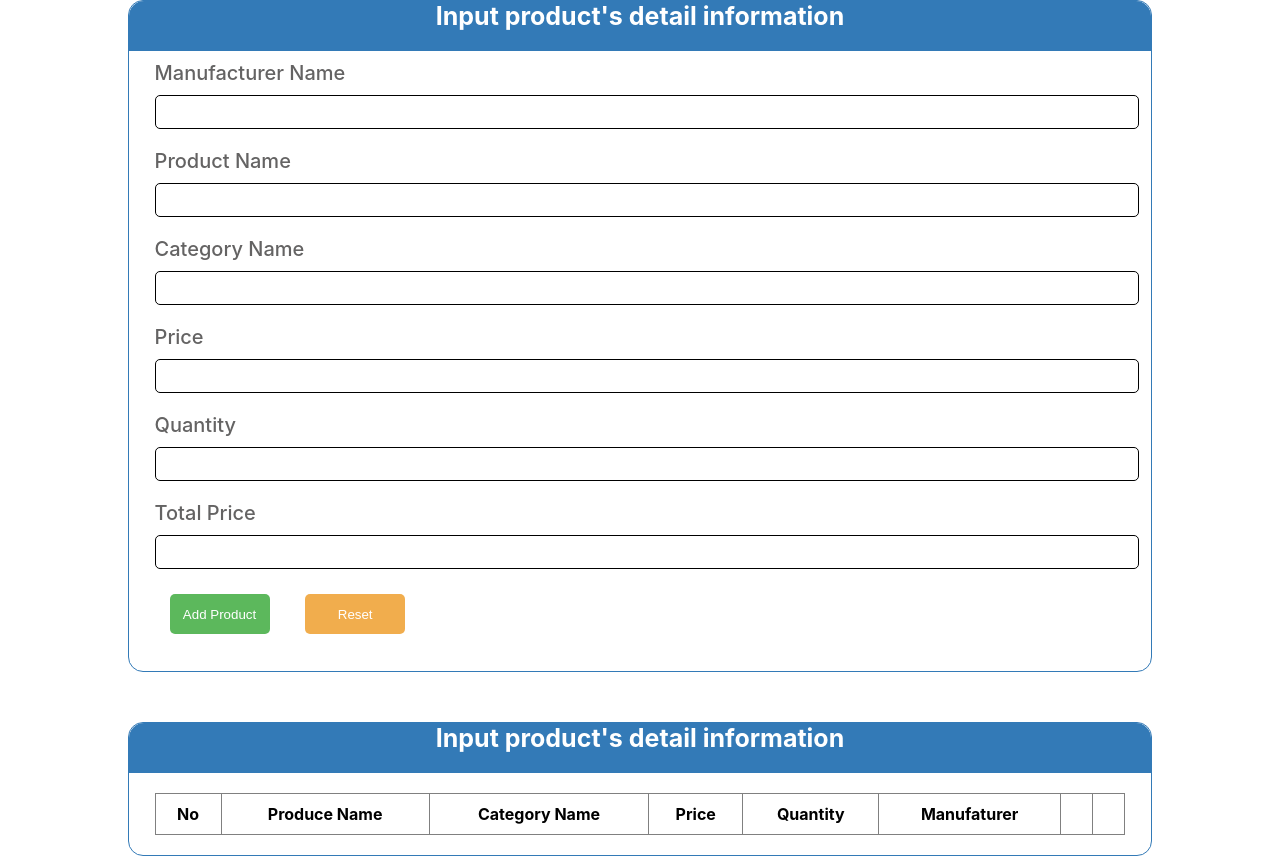
Repository: AnhDuc0125/HTML-Aptech
Page: bt2019/index.html
An editor plug-in stored every save of this project. The page is shown before and after the next save, followed by the edit.
The browser window is 1280 px wide. The pictures show the whole page.

Above is the page before, as saved 2021-11-29 21:25:58.

After the next save:
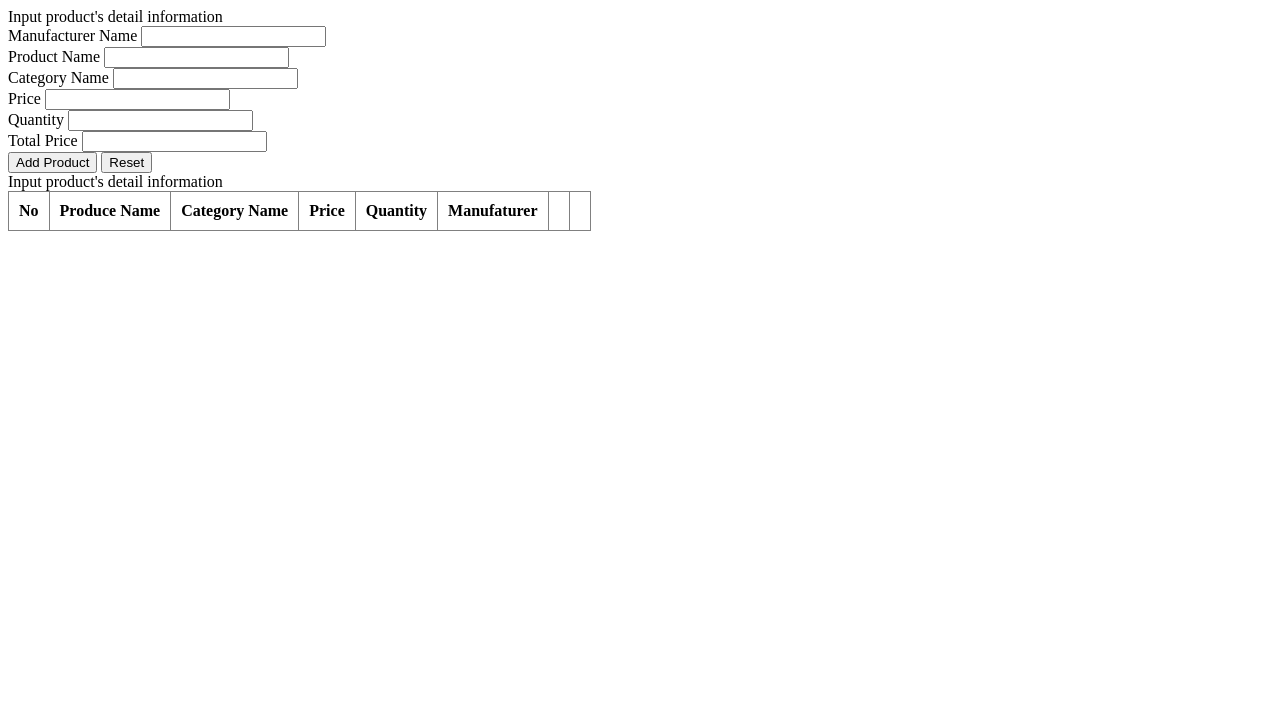
Saved 36 s later.
--- a/bt2019/index.html
+++ b/bt2019/index.html
@@ -4,7 +4,7 @@
     <meta charset="UTF-8">
     <meta http-equiv="X-UA-Compatible" content="IE=edge">
     <meta name="viewport" content="width=device-width, initial-scale=1.0">
-    <link rel="stylesheet" href="style.css">
+    <!-- <link rel="stylesheet" href="style.css"> -->
     <script src="main.js"></script>
     <title>Management Product</title>
 </head>
@@ -46,7 +46,7 @@
                     <label for="total-price">Total Price</label>
                     <input type="text" id="total-price">
                 </div>
-               <button  class="add-btn btn" onclick="clickToSave()">Add Product</button>
+               <button type="submit" class="add-btn btn" onclick="clickToSave()">Add Product</button>
                <button type="reset" class="reset-btn btn">Reset</button>
             </form>
         </div>

After the save that followed:
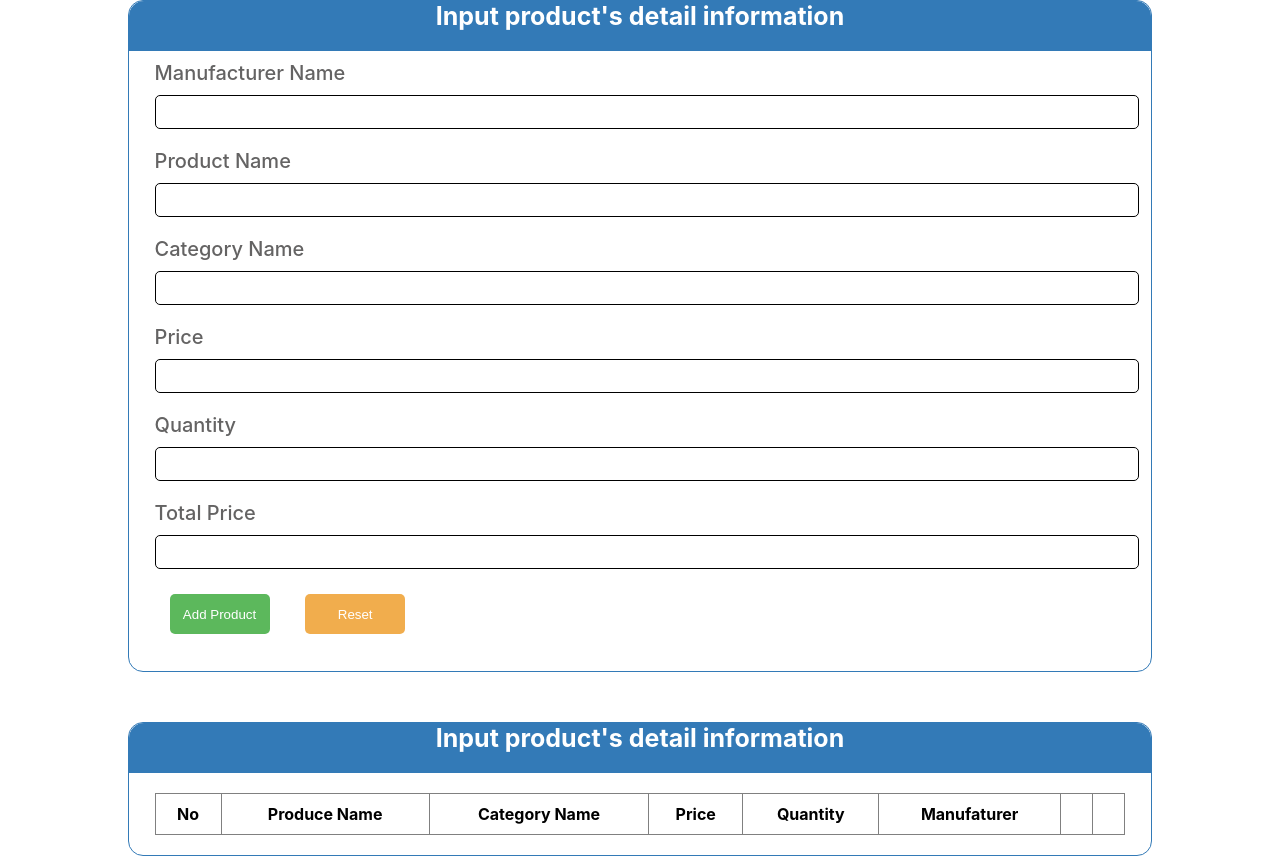
Saved 9 s later.
--- a/bt2019/index.html
+++ b/bt2019/index.html
@@ -4,7 +4,7 @@
     <meta charset="UTF-8">
     <meta http-equiv="X-UA-Compatible" content="IE=edge">
     <meta name="viewport" content="width=device-width, initial-scale=1.0">
-    <!-- <link rel="stylesheet" href="style.css"> -->
+    <link rel="stylesheet" href="style.css">
     <script src="main.js"></script>
     <title>Management Product</title>
 </head>
